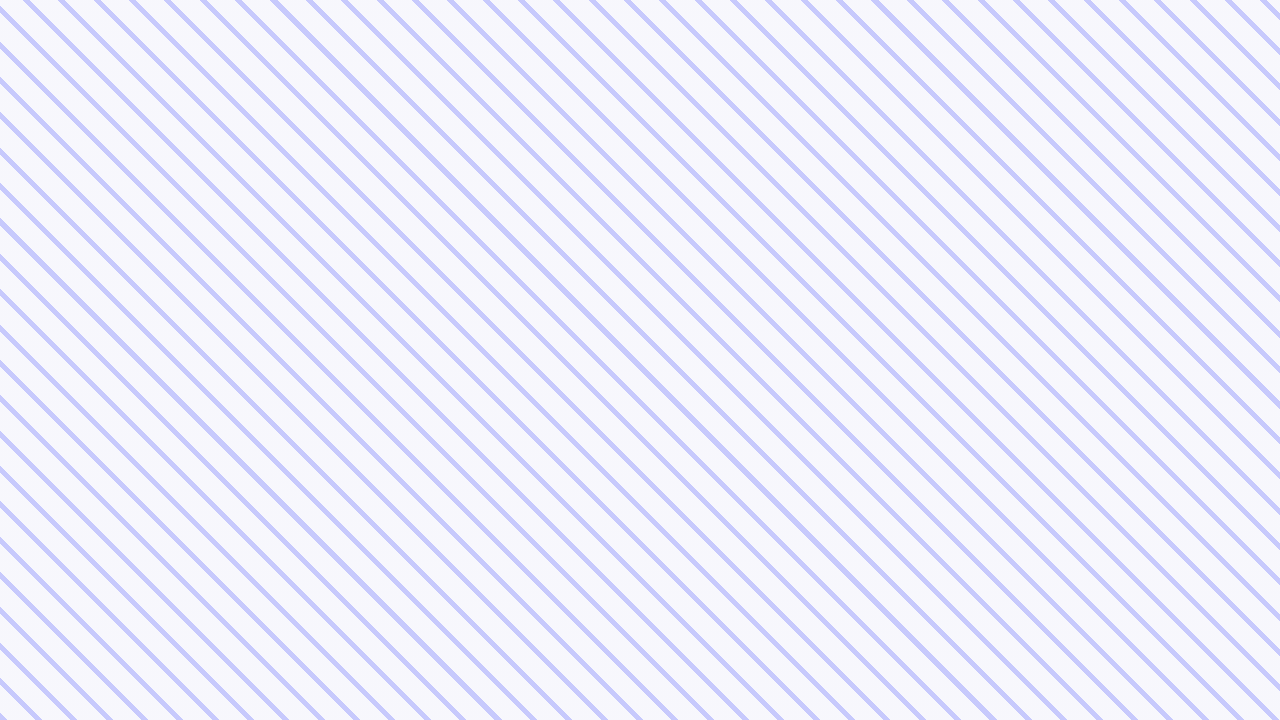
Repository: Abdo-Hosni123/Html-and-css-projects
Page: index.html
These files come from the project's save history. The page is drawn as it stood at one moment and after the next save; the edit follows.
The browser window is 1280 px wide. The pictures show the whole page.

Above is the page before, as saved 2023-12-05 22:02:04.

After the next save:
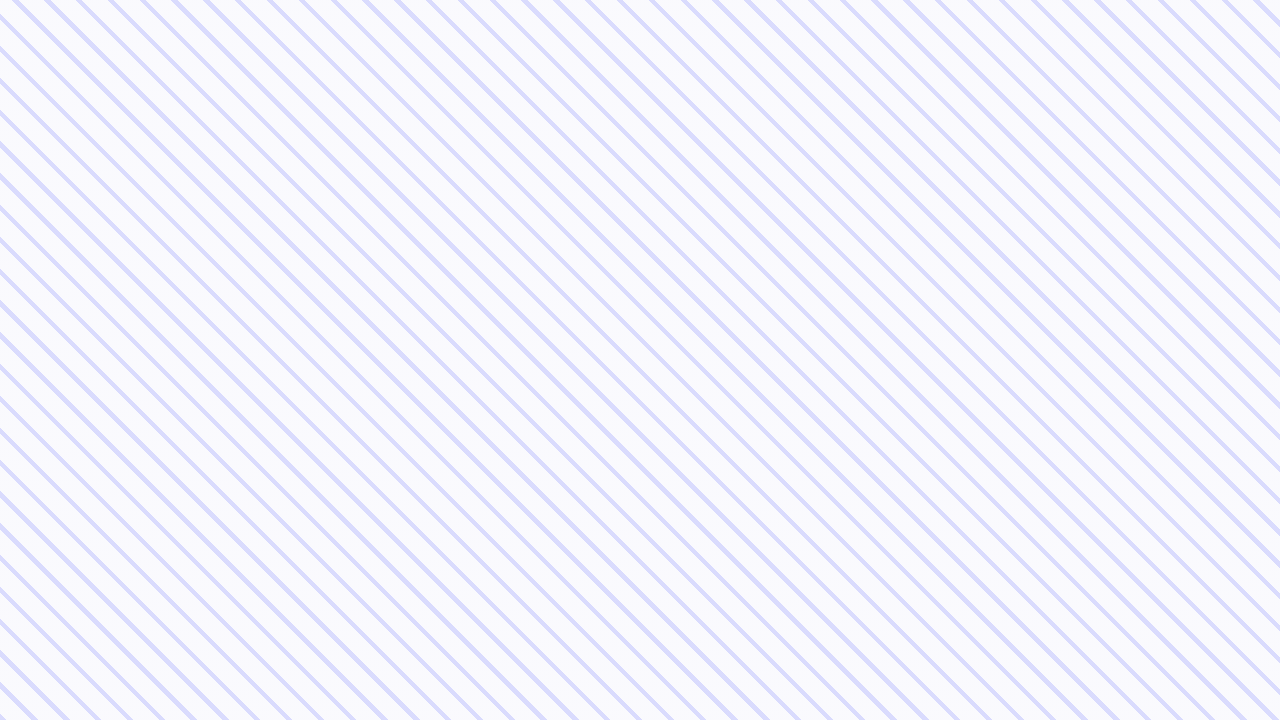
Saved 50 s later.
--- a/Style.css
+++ b/Style.css
@@ -32,8 +32,8 @@
     justify-content: center;
     min-height: 100vh;
     background-color: #e5e5f7;
-    opacity: 0.3;
-    background: repeating-linear-gradient( 45deg, #444cf7, #444cf7 5px, #e5e5f7 5px, #e5e5f7 25px );
+    opacity: 0.2;
+    background: repeating-linear-gradient( 45deg, #444cf7, #444cf7 4.5px, #e5e5f7 4.5px, #e5e5f7 22.5px );
 
 }
 .card {
